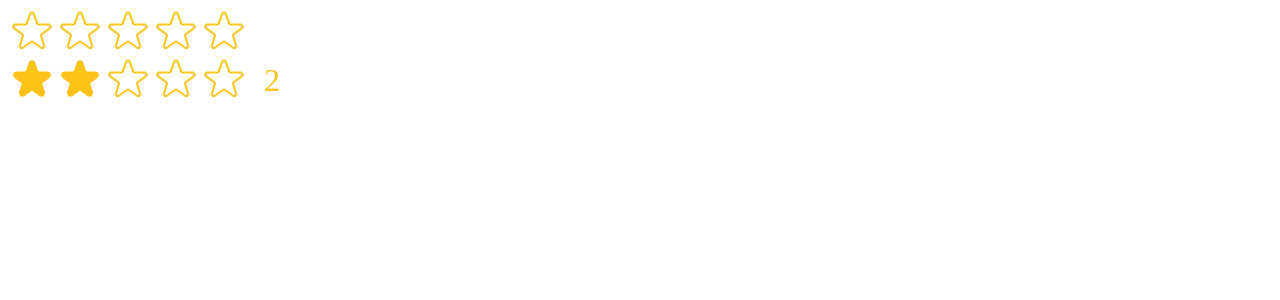
Repository: echoyol/07-usepopcorn
Page: /
These files come from the project's save history. The page is drawn as it stood at one moment and after the next save; the edit follows.
The browser window is 1280 px wide. The pictures show the whole page.
The project was rebuilt for these pictures with package versions that can differ from the ones it lists, and the page was loaded fresh each time.

Above is the page before, as saved 2023-07-06 18:33:20.

After the next save:
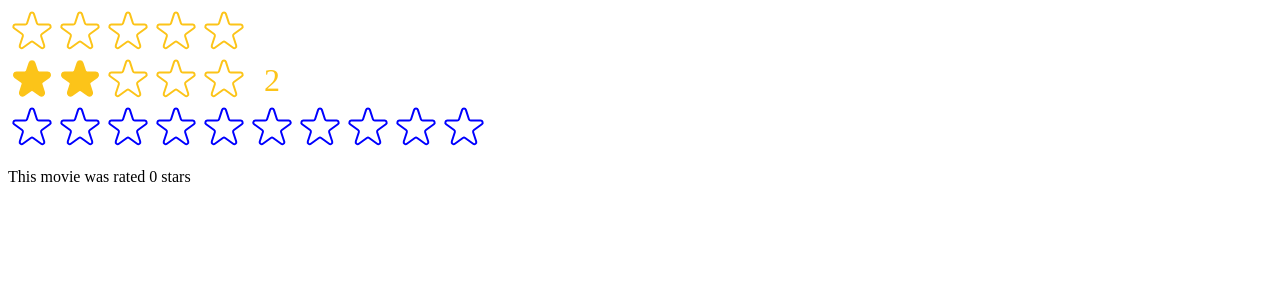
Saved 6 min 20 s later.
--- a/src/index.js
+++ b/src/index.js
@@ -1,10 +1,24 @@
-import React from 'react'
+import React, { useState } from 'react'
 import ReactDOM from 'react-dom/client'
 // import './index.css'
 // import App from './App'
 
 import StarRating from './StarRating'
 
+function Test() {
+  const [movieRating, setMovieRating] = useState(0)
+
+  return (
+    <div>
+      <StarRating
+        color='blue'
+        maxRating={10}
+        onSetMovies={setMovieRating}
+      />
+      <p>This movie was rated {movieRating} stars</p>
+    </div>
+  )
+}
 const root = ReactDOM.createRoot(document.getElementById('root'))
 root.render(
   <React.StrictMode>
@@ -14,5 +28,7 @@ root.render(
       messages={['terrible', 'Bad', 'amazing', 'cool', 'ok']}
     />
     <StarRating defaultRating={2} />
+
+    <Test />
   </React.StrictMode>
 )
